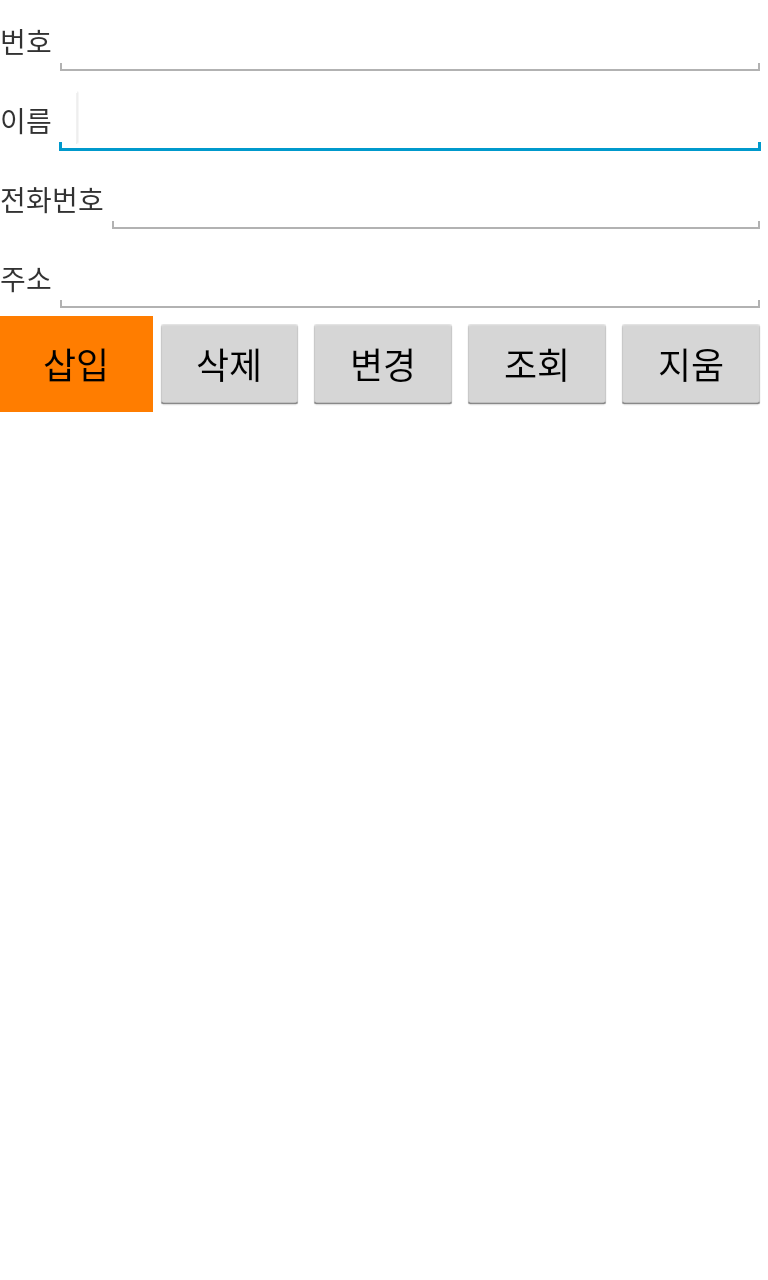
Repository: supremehappy/Android
Layout: MyFriendsBook/res/layout/activity_main.xml
These files come from the project's save history. The layout is drawn as it stood at one moment and after the next save; the edit follows.
It is drawn on a 768 x 1280 px phone screen (xhdpi) without system bars, with theme AppTheme; the app's code is not run. Lists and similar views that code fills are empty.

Above is the layout before, as saved 2017-08-28 01:11:41.

### MyFriendsBook/res/layout/activity_main.xml
<LinearLayout xmlns:android="http://schemas.android.com/apk/res/android"
    xmlns:tools="http://schemas.android.com/tools"
    android:id="@+id/LinearLayout1"
    android:layout_width="match_parent"
    android:layout_height="match_parent"
    android:orientation="vertical"
    tools:context="${relativePackage}.${activityClass}" >

    <LinearLayout
        android:layout_width="match_parent"
        android:layout_height="wrap_content" >

        <TextView
            android:id="@+id/textView4"
            android:layout_width="wrap_content"
            android:layout_height="wrap_content"
            android:text="번호" />

        <EditText
            android:id="@+id/edit_num"
            android:layout_width="wrap_content"
            android:layout_height="wrap_content"
            android:layout_weight="1"
            android:ems="10" />

    </LinearLayout>

    <LinearLayout
        android:layout_width="match_parent"
        android:layout_height="wrap_content" >

        <TextView
            android:id="@+id/textView1"
            android:layout_width="wrap_content"
            android:layout_height="wrap_content"
            android:text="이름" />

        <EditText
            android:id="@+id/edit_name"
            android:layout_width="wrap_content"
            android:layout_height="wrap_content"
            android:layout_weight="1"
            android:ems="10" >

            <requestFocus />
        </EditText>

    </LinearLayout>

    <LinearLayout
        android:layout_width="match_parent"
        android:layout_height="wrap_content" >

        <TextView
            android:id="@+id/textView2"
            android:layout_width="wrap_content"
            android:layout_height="wrap_content"
            android:text="전화번호" />

        <EditText
            android:id="@+id/edit_phone"
            android:layout_width="wrap_content"
            android:layout_height="wrap_content"
            android:layout_weight="1"
            android:ems="10" />

    </LinearLayout>

    <LinearLayout
        android:layout_width="match_parent"
        android:layout_height="wrap_content" >

        <TextView
            android:id="@+id/textView3"
            android:layout_width="wrap_content"
            android:layout_height="wrap_content"
            android:text="주소" />

        <EditText
            android:id="@+id/edit_addr"
            android:layout_width="wrap_content"
            android:layout_height="wrap_content"
            android:layout_weight="1"
            android:ems="10" />

    </LinearLayout>

    <LinearLayout
        android:layout_width="match_parent"
        android:layout_height="wrap_content" >

        <Button
            android:id="@+id/btn_insert"
            android:layout_width="wrap_content"
            android:layout_height="wrap_content"
            android:layout_weight="1"
            android:background="#ff7d00"
            android:text="삽입"
            android:textColorLink="@android:color/white" />

        <Button
            android:id="@+id/btn_delete"
            android:layout_width="wrap_content"
            android:layout_height="wrap_content"
            android:layout_weight="1"
            android:text="삭제"
            android:textColorLink="@android:color/white" />

        <Button
            android:id="@+id/btn_update"
            android:layout_width="wrap_content"
            android:layout_height="wrap_content"
            android:layout_weight="1"
            android:text="변경" />

        <Button
            android:id="@+id/btn_select"
            android:layout_width="wrap_content"
            android:layout_height="wrap_content"
            android:layout_weight="1"
            android:text="조회" />

        <Button
            android:id="@+id/btn_clear"
            android:layout_width="wrap_content"
            android:layout_height="wrap_content"
            android:layout_weight="1"
            android:text="지움" />

    </LinearLayout>

    <ListView
        android:id="@android:id/list"
        android:layout_width="match_parent"
        android:layout_height="wrap_content" >
    </ListView>

</LinearLayout>

Loaded but not shown: MyFriendsBook/res/values/styles.xml (common file); MyFriendsBook/res/values-v11/styles.xml (common file); MyFriendsBook/res/values-v14/styles.xml (common file)

After the next save:
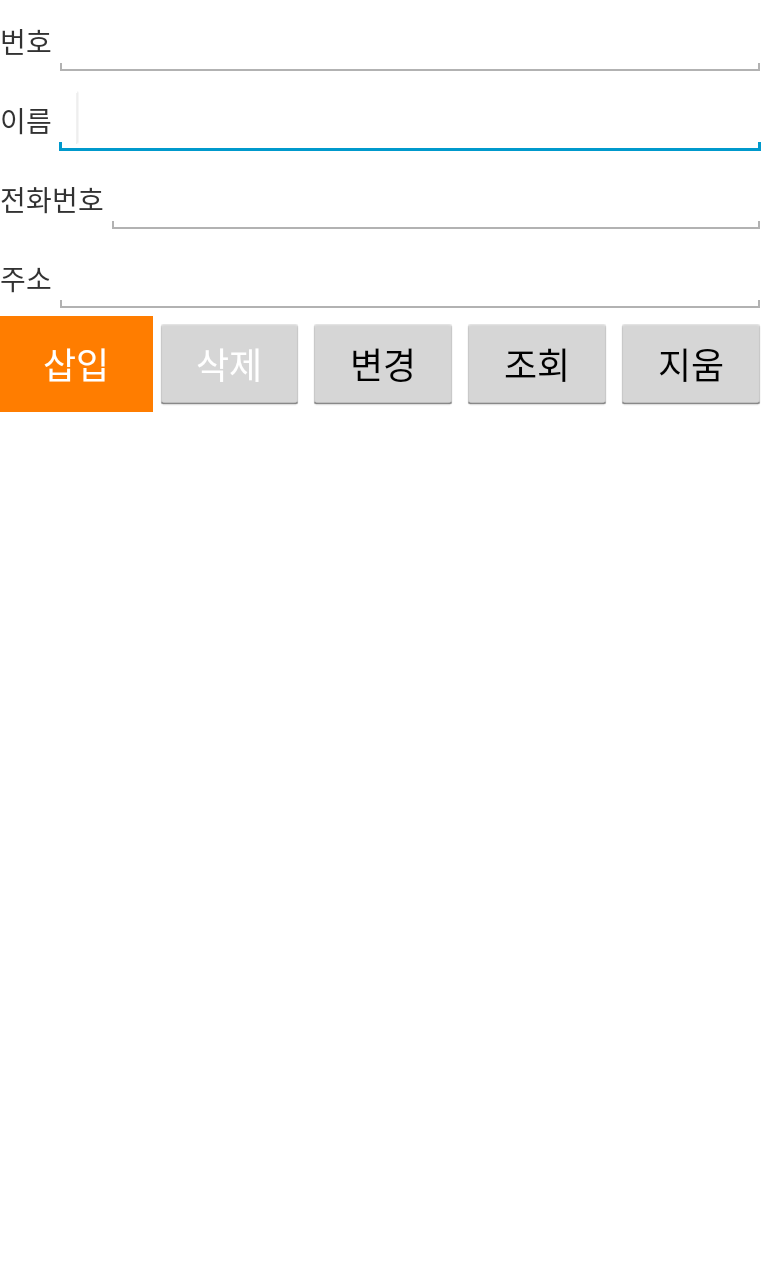
Saved 33 s later.
--- a/MyFriendsBook/res/layout/activity_main.xml
+++ b/MyFriendsBook/res/layout/activity_main.xml
@@ -96,7 +96,7 @@
             android:layout_weight="1"
             android:background="#ff7d00"
             android:text="삽입"
-            android:textColorLink="@android:color/white" />
+            android:textColor="@android:color/white" />
 
         <Button
             android:id="@+id/btn_delete"
@@ -104,7 +104,7 @@
             android:layout_height="wrap_content"
             android:layout_weight="1"
             android:text="삭제"
-            android:textColorLink="@android:color/white" />
+            android:textColor="@android:color/white" />
 
         <Button
             android:id="@+id/btn_update"
